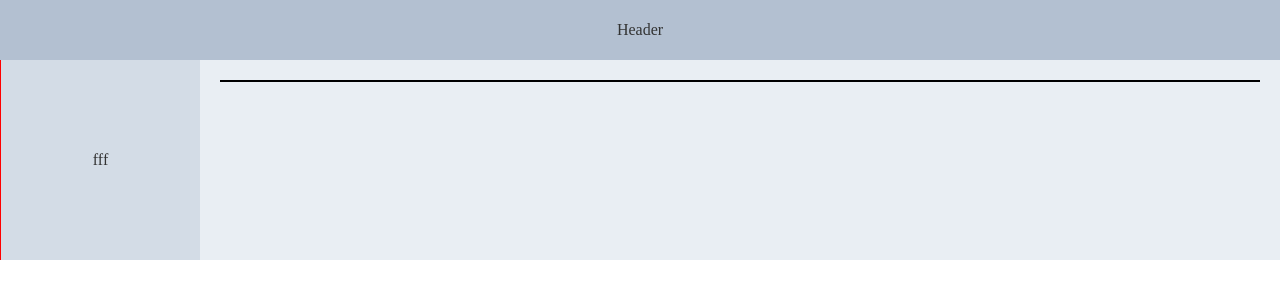
Repository: noob-injoker/router-slots-cw-ee
Page: /
An editor plug-in stored every save of this project. The page is shown before and after the next save, followed by the edit.
The browser window is 1280 px wide. The pictures show the whole page.
The project was rebuilt for these pictures with package versions that can differ from the ones it lists, and the page was loaded fresh each time. Also part of the build but not shown: vue.config.js, src/views/Home.vue.

Above is the page before, as saved 2020-08-29 23:31:36.

After the next save:
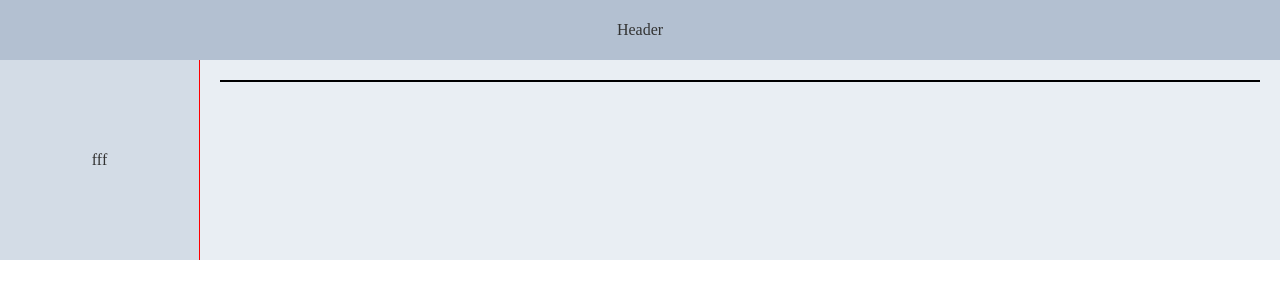
Saved 7 s later.
--- a/src/views/Layout.vue
+++ b/src/views/Layout.vue
@@ -47,7 +47,7 @@ export default {
 
 <style lang="scss" scoped>
 .left{
-  border-left: 1px solid red;
+  border-right: 1px solid red;
 }
 .el-header,
 .el-footer {
